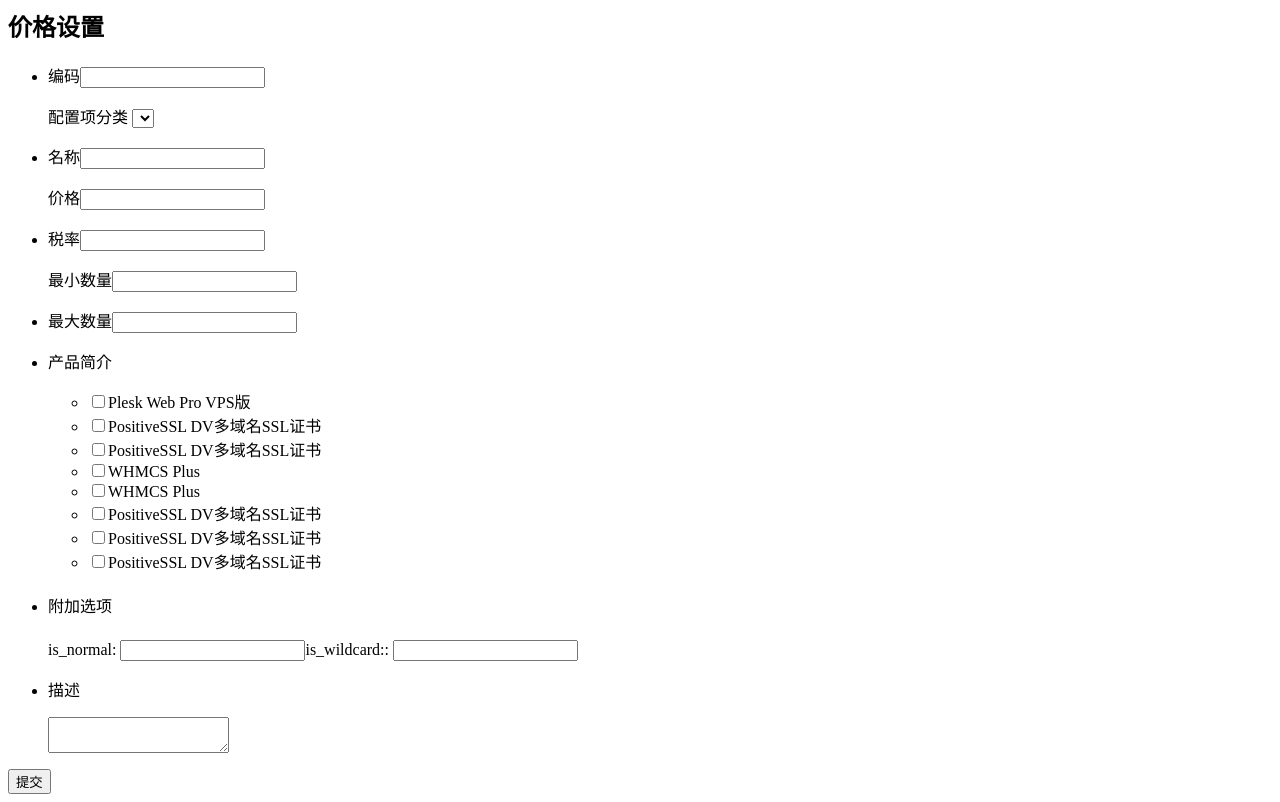
Repository: wangyan466393/racentSystem
Page: priceSetting.html
The author's editor kept a copy of each file at every save. The page is drawn from the files as they stood at one save, then again after the next save.
The browser window is 1280 px wide. The pictures show the whole page.

Above is the page before, as saved 2020-08-12 18:03:01.

After the next save:
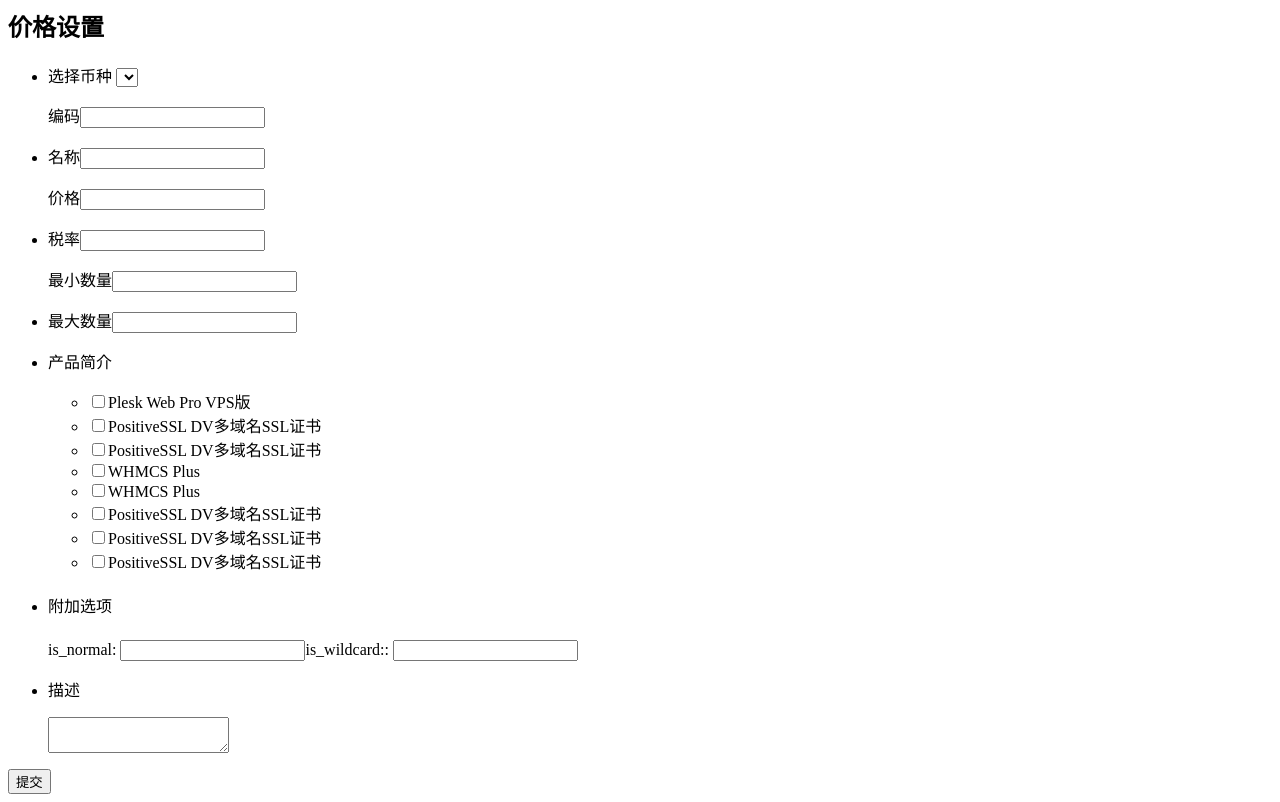
Saved 46 s later.
--- a/priceSetting.html
+++ b/priceSetting.html
@@ -5,13 +5,13 @@
         <ul>
             <li>
                 <p>
-                    <span>编码</span><input type="text" class="config_inp">
-                </p>
-                <p>
-                    <span>配置项分类</span>
+                    <span>选择币种</span>
                     <select name="" id="" class="config_inp">
                         <option value=""></option>
                     </select>
+                </p>
+                <p>
+                    <span>编码</span><input type="text" class="config_inp">
                 </p>
             </li>
             <li>
